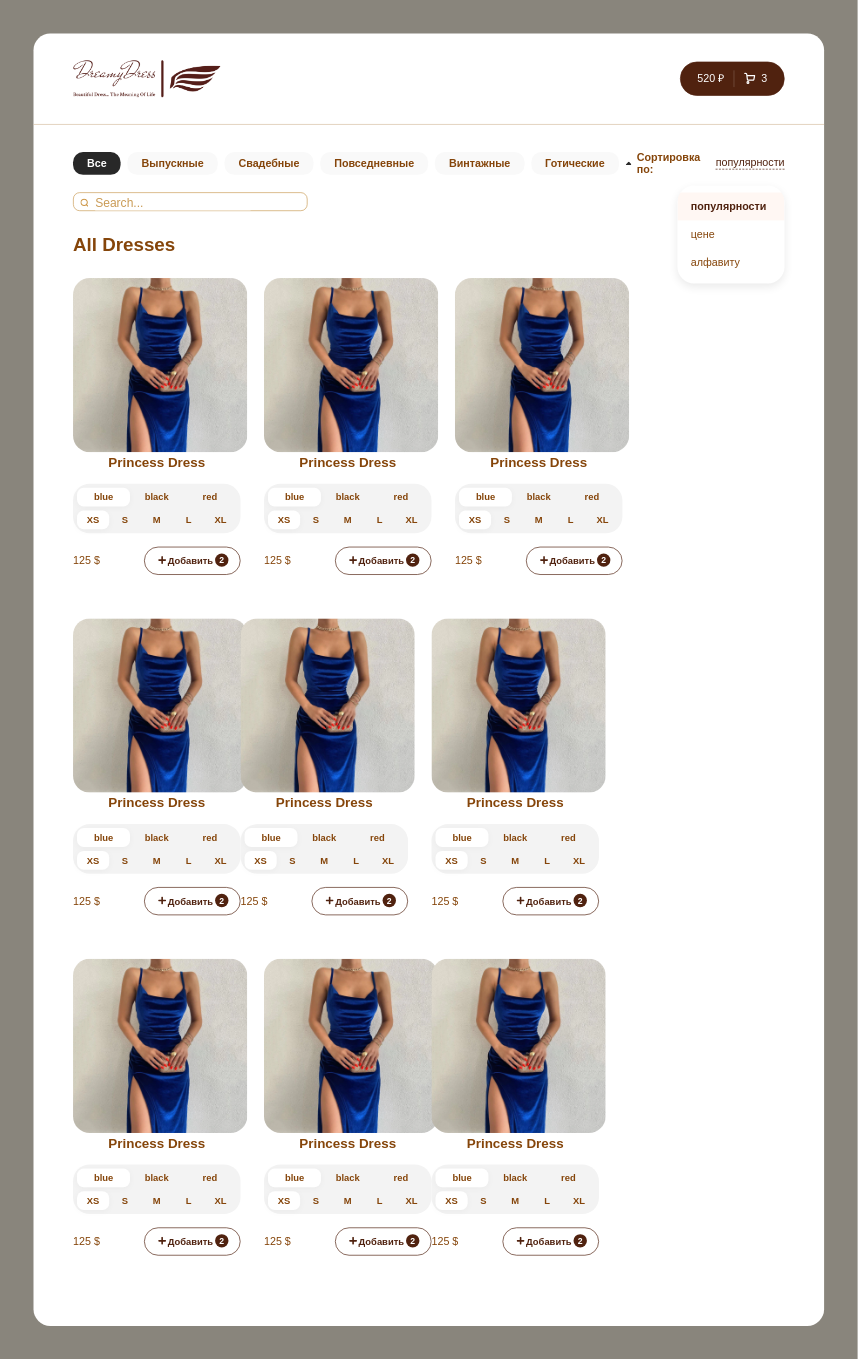
Repository: DisasterWoman/SPA-shop
Page: /
These files come from the project's save history. The page is drawn as it stood at one moment and after the next save; the edit follows.
The browser window is 1280 px wide. The pictures show the whole page, at 67% of full size.
Some web fonts or font styles are not loaded; a fallback is used. The project was rebuilt for these pictures with package versions that can differ from the ones it lists, and the page was loaded fresh each time.

Above is the page before, as saved 2022-11-29 18:15:12.

### src/App.js
import './scss/app.scss';
import Categories from './components/Categories/Categories';
import DressBlock from './components/DressBlock/DressBlock';
import Header from './components/Header/Header';
import Sort from './components/Sort/Sort';
import SearchBar from './components/SearchBar/SearchBar';

function App() {
  return (
    <div className="wrapper">
      <Header />
      <div className="content">
        <div className="container">
          <div className="content__top">
            <Categories />
            <Sort />
          </div>
          <SearchBar />
          <h2 className="content__title">All Dresses</h2>
          <div className="content__items">
            <DressBlock />
            <DressBlock />
            <DressBlock />
            <DressBlock />
            <DressBlock />
            <DressBlock />
            <DressBlock />
            <DressBlock />
            <DressBlock />
          </div>
        </div>
      </div>
    </div>
  );
}

export default App;

### src/scss/app.scss
@import 'variables.scss';
@import './libs/normalize.scss';
@import './all';

body {
  background-color: $background;
}

.wrapper {
  width: calc(100vw - 100px);
  height: 100%;
  background-color: #fff;
  margin: 50px auto;
  border-radius: 25px;
  max-width: 1400px;
}

.content {
  padding: 40px 0;

  &__title {
    margin: 35px 0;
  }

  &__items {
    display: flex;
    flex-wrap: wrap;
    margin-right: 5px;
    margin-right: 5px;
    //justify-content: space-between;
  }

  &__top {
    display: flex;
    align-items: center;
    justify-content: space-between;
  }
}

.container {
  width: $container-width;
  margin: 0 auto;

  &--cart {
    max-width: 820px;
    margin: 90px auto;
    .content__title {
      margin: 0;
    }
  }
}

.cart {
  &__top {
    display: flex;
    justify-content: space-between;
    align-items: center;
  }

  .content__title {
    display: flex;
    align-items: center;
    font-size: 32px;

    svg {
      position: relative;
      top: -2px;
      width: 30px;
      height: 30px;
      margin-right: 10px;
      path {
        stroke: $black;
        strokewidth: 1.9;
      }
    }
  }

  &__clear {
    display: flex;
    align-items: center;
    cursor: pointer;
    @include noselect();

    span {
      display: inline-block;
      margin-left: 7px;
      color: #b6b6b6;
      font-size: 18px;
    }

    span,
    svg,
    path {
      transition: all $duration ease-in-out;
    }

    &:hover {
      svg {
        path {
          stroke: darken($color: #b6b6b6, $amount: 50);
        }
      }
      span {
        color: darken($color: #b6b6b6, $amount: 50);
      }
    }
  }

  &__item {
    display: flex;
    width: 100%;
    border-top: 1px solid $gray-line;
    padding-top: 30px;
    margin-top: 30px;

    &-img {
      display: flex;
      align-items: center;
      margin-right: 15px;
      width: 10%;

      img {
        width: 80px;
        height: 80px;
      }
    }

    &-info {
      display: flex;
      flex-direction: column;
      justify-content: center;
      width: 40%;

      h3 {
        font-weight: bold;
        font-size: 22px;
        line-height: 27px;
        letter-spacing: 0.01em;
      }

      p {
        font-size: 18px;
        color: #8d8d8d;
      }
    }

    &-count {
      display: flex;
      align-items: center;
      justify-content: space-between;
      width: 13%;

      &-minus {
        svg {
          path:first-of-type {
            display: none;
          }
        }
      }

      b {
        font-size: 22px;
      }
    }

    &-price {
      display: flex;
      align-items: center;
      justify-content: center;
      width: 33%;

      b {
        font-weight: bold;
        font-size: 22px;
        letter-spacing: 0.01em;
      }
    }

    &-remove {
      display: flex;
      align-items: center;
      justify-content: flex-end;
      width: 4%;

      .button {
        border-color: darken($color: $gray-line, $amount: 10);
      }

      svg {
        transform: rotate(45deg);

        path {
          fill: darken($color: $gray-line, $amount: 15);
        }
      }

      .button {
        svg {
          width: 11.5px;
          height: 11.5px;
          position: relative;
        }
        &:hover,
        &:active {
          border-color: darken($color: $gray-line, $amount: 80);
          background-color: darken($color: $gray-line, $amount: 80);
        }
      }
    }
  }

  &__bottom {
    margin: 50px 0;

    &-details {
      display: flex;
      justify-content: space-between;

      span {
        font-size: 22px;

        &:last-of-type {
          b {
            color: $brown;
          }
        }
      }
    }

    &-buttons {
      display: flex;
      justify-content: space-between;
      margin-top: 40px;

      .go-back-btn {
        display: flex;
        align-items: center;
        justify-content: center;
        width: 210px;

        border-color: darken($color: $gray-line, $amount: 10);

        span {
          color: darken($color: $gray-line, $amount: 20);
          font-weight: 500;
          font-weight: 600;
        }

        &:hover {
          background-color: darken($color: $gray-line, $amount: 90);
          border-color: darken($color: $gray-line, $amount: 90);

          span {
            color: $gray-line;
          }
        }

        svg {
          margin-right: 12px;
          path {
            fill: transparent;
            strokewidth: 2;
          }
        }
      }

      .pay-btn {
        font-size: 16px;
        font-weight: 600;
        width: 210px;
        padding: 16px;
      }
    }
  }

  &--empty {
    margin: 0 auto;
    width: 560px;
    text-align: center;

    h2 {
      font-size: 32px;
      margin-bottom: 10px;
    }

    p {
      font-size: 18px;
      line-height: 145.4%;
      letter-spacing: 0.01em;
      color: #777777;
    }

    icon {
      position: relative;
      top: 2px;
    }

    img {
      display: block;
      width: 300px;
      margin: 45px auto 60px;
    }

    .button--black {
      padding: 12px 0 14px;
      width: 230px;
      margin: 0 auto;
      font-weight: 600;
      font-size: 18px;
    }
  }
}

### src/components/Categories/Categories.jsx
import React from 'react';

function Categories() {
  return (
    <div className="categories">
      <ul>
        <li className="active">Все</li>
        <li>Выпускные</li>
        <li>Свадебные</li>
        <li>Повседневные</li>
        <li>Винтажные</li>
        <li>Готические</li>
      </ul>
    </div>
  );
}

export default Categories;

### src/components/DressBlock/DressBlock.jsx
import React from 'react';
import { Button } from '../Button/Button';
import './_dress-block.scss';

function DressBlock() {
  return (
    <div className="dress-block">
      <img className="dress-block__image" src="/images/dresses/dress0-blue.webp" alt="Dress" />
      <h4 className="dress-block__title">Princess Dress</h4>
      <div className="dress-block__selector">
        <ul>
          <li className="active">blue</li>
          <li>black</li>
          <li>red</li>
        </ul>
        <ul>
          <li className="active">XS</li>
          <li>S</li>
          <li>M</li>
          <li>L</li>
          <li>XL</li>
        </ul>
      </div>
      <div className="dress-block__bottom">
        <div className="dress-blockk__price">125 $</div>
        <Button/>
      </div>
    </div>
  );
}

export default DressBlock;

### src/components/Header/Header.jsx
import React from 'react';
import './_header.scss';
function Header() {
  return (
    <div className="header">
      <div className="container">
        <div className="header__logo">
          <img width="220" src="/dreamy-dress.png" alt="logo" />
          <div></div>
        </div>
        <div className="header__cart">
          <a href="/cart.html" className="button button--cart">
            <span>520 ₽</span>
            <div className="button__delimiter"></div>
            <svg
              width="18"
              height="18"
              viewBox="0 0 18 18"
              fill="none"
              xmlns="http://www.w3.org/2000/svg"
            >
              <path
                d="M6.33333 16.3333C7.06971 16.3333 7.66667 15.7364 7.66667 15C7.66667 14.2636 7.06971 13.6667 6.33333 13.6667C5.59695 13.6667 5 14.2636 5 15C5 15.7364 5.59695 16.3333 6.33333 16.3333Z"
                stroke="white"
                strokeWidth="1.8"
                strokeLinecap="round"
                strokeLinejoin="round"
              />
              <path stroke="white" strokeWidth="1.8" strokeLinecap="round" strokeLinejoin="round" />
              <path
                d="M4.78002 4.99999H16.3334L15.2134 10.5933C15.1524 10.9003 14.9854 11.176 14.7417 11.3722C14.4979 11.5684 14.1929 11.6727 13.88 11.6667H6.83335C6.50781 11.6694 6.1925 11.553 5.94689 11.3393C5.70128 11.1256 5.54233 10.8295 5.50002 10.5067L4.48669 2.82666C4.44466 2.50615 4.28764 2.21182 4.04482 1.99844C3.80201 1.78505 3.48994 1.66715 3.16669 1.66666H1.66669"
                stroke="white"
                strokeWidth="1.8"
                strokeLinecap="round"
                strokeLinejoin="round"
              />
            </svg>
            <span>3</span>
          </a>
        </div>
      </div>
    </div>
  );
}

export default Header;

### src/components/Sort/Sort.jsx
import React from 'react';
import './_sort.scss';

function Sort() {
  return (
    <div className="sort">
      <div className="sort__label">
        <svg
          width="10"
          height="6"
          viewBox="0 0 10 6"
          fill="none"
          xmlns="http://www.w3.org/2000/svg"
        >
          <path
            d="M10 5C10 5.16927 9.93815 5.31576 9.81445 5.43945C9.69075 5.56315 9.54427 5.625 9.375 5.625H0.625C0.455729 5.625 0.309245 5.56315 0.185547 5.43945C0.061849 5.31576 0 5.16927 0 5C0 4.83073 0.061849 4.68424 0.185547 4.56055L4.56055 0.185547C4.68424 0.061849 4.83073 0 5 0C5.16927 0 5.31576 0.061849 5.43945 0.185547L9.81445 4.56055C9.93815 4.68424 10 4.83073 10 5Z"
            fill="#2C2C2C"
          />
        </svg>
        <b>Сортировка по:</b>
        <span>популярности</span>
      </div>
      <div className="sort__popup">
        <ul>
          <li className="active">популярности</li>
          <li>цене</li>
          <li>алфавиту</li>
        </ul>
      </div>
    </div>
  );
}

export default Sort;

### src/components/SearchBar/SearchBar.jsx
import React, {useState}  from 'react'
import './_searchBar.scss';
function SearchBar() {
  return (
    <div className="search-bar">
      <img
        className="search-bar__icon"
        alt="search"
        src="images/icons/search.svg"
        width={12}
        height={13}
      ></img>
      <input
        placeholder="Search..."
      ></input>
    </div>
  );
}

export default SearchBar

### src/scss/_variables.scss
$black: #85450a;
$background: #89857c;
$gray-line: #d5bda1;
$brown: #50220f;

$container-width: 90%;

$duration: 0.15s;

### src/scss/libs/_normalize.scss
@import url('https://fonts.googleapis.com/css2?family=Anek+Devanagari&display=swap');

*{
  padding: 0;
  margin: 0;
  list-style: none;
  outline: none;
  font-family: 'Anek Devanagari', sans-serif;
  box-sizing: border-box;
}

html {
  -ms-text-size-adjust: 100%;
  -webkit-text-size-adjust: 100%;
}

body {
  -moz-osx-font-smoothing: grayscale;
  -webkit-font-smoothing: antialiased;
  color: $black;
}

a,
span,
p,
b,
h1,
h2,
h3,
h4,
h5 {
  color: $black;
}

h1 {
  font-size: 48px;
}

h2 {
  font-weight: 600;
  font-size: 28px;
  line-height: 30px;
}

a {
  text-decoration: none;
}

@mixin noselect {
  -webkit-touch-callout: none; /* iOS Safari */
  -webkit-user-select: none; /* Safari */
  -khtml-user-select: none; /* Konqueror HTML */
  -moz-user-select: none; /* Old versions of Firefox */
  -ms-user-select: none; /* Internet Explorer/Edge */
  user-select: none; /* Non-prefixed version, currently
                                  supported by Chrome, Opera and Firefox */
}

### src/scss/_all.scss
@import '../components/Header/Header';
@import '../components/Button/button';
@import '../components/Categories/Categories';
@import '../components/Sort/Sort';
@import '../components/DressBlock/dress-block';

### src/components/Header/_header.scss
@import '../../../src/scss/variables';

.header {
  border-bottom: 1px solid $gray-line;
  padding: 40px 0;

  .container {
    display: flex;
    align-items: center;
    justify-content: space-between;
  }

  &__logo {
    display: flex;

    img {
      margin-right: 15px;
    }

    h1 {
      color: #181818;
      font-size: 24px;
      letter-spacing: 1%;
      text-transform: uppercase;
      font-weight: 800;
    }

    p {
      color: #7b7b7b;
    }
  }
}

### src/components/Button/_button.scss
@import '../../../src/scss/variables';

.button {
  display: inline-block;
  background-color: $brown;
  border-radius: 25px;
  padding: 10px 20px;
  min-width: 100px;
  text-align: center;
  cursor: pointer;
  transition: background-color $duration ease-in-out, border-color $duration ease-in-out;
  border: 1px solid transparent;

  &,
  span {
    color: #fff;
  }

  i,
  span,
  path,
  svg {
    transition: all $duration ease-in-out;
  }

  &:hover {
    background-color: darken($brown, 8%);
  }

  &:active {
    background-color: darken($brown, 12%);
    transform: translateY(1px);
  }

  &--circle {
    display: flex;
    align-items: center;
    justify-content: center;
    width: 30px;
    height: 30px;
    min-width: 30px;
    padding: 0;
    border-width: 2px;
  }

  &--black {
    background-color: $black;

    &:hover,
    &:active {
      background-color: lighten($color: $black, $amount: 10);
    }
  }

  &--outline {
    background-color: #fff;
    border-color: $brown;
    &,
    span {
      color: $brown;
    }

    svg {
      path {
        fill: $brown;
      }
    }

    &:hover {
      background-color: $brown;

      &,
      span {
        color: #fff;
      }

      svg {
        path {
          fill: #fff;
        }
      }
    }

    &:active {
      background-color: darken($brown, 8%);
    }
  }

  &__delimiter {
    width: 1px;
    height: 25px;
    background-color: rgba(255, 255, 255, 0.25);
    margin-left: 14px;
    margin-right: 14px;
  }

  &--add {
    svg {
      margin-right: 2px;
    }

    span {
      font-weight: 600;
      font-size: 14px;
    }

    &:hover {
      i {
        background-color: #fff;
        color: $brown;
      }
    }

    i {
      display: inline-block;
      border-radius: 30px;
      background-color: $brown;
      color: #fff;
      font-weight: 600;
      width: 20px;
      height: 20px;
      font-style: normal;
      font-size: 13px;
      line-height: 22px;
      position: relative;
      top: -1px;
      left: 3px;
    }
  }

  &--cart {
    display: flex;
    align-items: center;
    line-height: 23px;
    padding: 12px 25px;
    border-color: $brown;

    svg {
      margin-right: 8px;
      margin-bottom: 1px;
    }

    span {
      font-weight: 500;
      font-size: 16px;
    }
  }
}

### src/components/Categories/_categories.scss
@import '../../../src/scss/variables';

.categories {
  ul {
    display: flex;

    li {
      background-color: #f9f9f9;
      padding: 8px 21px;
      border-radius: 15px;
      margin-right: 10px;
      font-weight: bold;
      cursor: pointer;
      transition: background-color 0.1s ease-in-out;
      @include noselect();

      &:hover {
        background-color: darken(#f9f9f9, 2%);
      }

      &:active {
        background-color: darken(#f9f9f9, 5%);
      }

      &.active {
        background-color: #282828;
        color: #fff;
      }
    }
  }
}

### src/components/Sort/_sort.scss
@import '../../../src/scss/variables';

.sort {
  position: relative;
  &__label {
    display: flex;
    align-items: center;

    svg {
      margin-right: 8px;
    }

    b {
      margin-right: 8px;
    }

    span {
      color: $brown;
      border-bottom: 1px dashed $brown;
      cursor: pointer;
    }
  }

  &__popup {
    position: absolute;
    right: 0;
    margin-top: 15px;
    background: #ffffff;
    box-shadow: 0px 5px 15px rgba(0, 0, 0, 0.09);
    border-radius: 25px;
    overflow: hidden;
    padding: 10px 0;
    width: 160px;

    ul {
      overflow: hidden;
      li {
        padding: 12px 20px;
        cursor: pointer;

        &.active,
        &:hover {
          background: rgba(254, 95, 30, 0.05);
        }

        &.active {
          font-weight: bold;
          color: $brown;
        }
      }
    }
  }
}

### src/components/DressBlock/_dress-block.scss
@import '../../../src/scss/variables';

.dress-block {
  width: 250px;
  text-align: center;
  margin-bottom: 65px;

  &:not(:nth-of-type(4n)) {
    margin-right: 35px;
  }

  &__image {
    border-radius: 25px;
    width: 260px;
  }

  &__title {
    font-size: 20px;
    font-weight: 900;
    letter-spacing: 1%;
    margin-bottom: 20px;
  }

  &__selector {
    display: flex;
    background-color: #f3f3f3;
    border-radius: 25px;
    flex-direction: column;
    padding: 6px;

    ul {
      display: flex;
      flex: 1;

      &:first-of-type {
        margin-bottom: 6px;
      }

      li {
        padding: 6px;
        flex: 1;
        cursor: pointer;
        font-weight: 600;
        font-size: 14px;
        &.active {
          background: #ffffff;
          box-shadow: 0px 2px 11px rgba(0, 0, 0, 0.04);
          border-radius: 10px;
          cursor: auto;
        }
      }
    }
  }

  &__bottom {
    display: flex;
    align-items: center;
    justify-content: space-between;
    margin-top: 20px;
  }

  &__price {
    font-weight: bold;
    font-size: 22px;
    line-height: 27px;
    letter-spacing: 0.015em;
  }
}

### src/components/Button/Button.jsx
export const Button = () => {
    return (
      <div className="button button--outline button--add">
        <svg
          width="12"
          height="12"
          viewBox="0 0 12 12"
          fill="none"
          xmlns="http://www.w3.org/2000/svg"
        >
          <path
            d="M10.8 4.8H7.2V1.2C7.2 0.5373 6.6627 0 6 0C5.3373 0 4.8 0.5373 4.8 1.2V4.8H1.2C0.5373 4.8 0 5.3373 0 6C0 6.6627 0.5373 7.2 1.2 7.2H4.8V10.8C4.8 11.4627 5.3373 12 6 12C6.6627 12 7.2 11.4627 7.2 10.8V7.2H10.8C11.4627 7.2 12 6.6627 12 6C12 5.3373 11.4627 4.8 10.8 4.8Z"
            fill="white"
          />
        </svg>
        <span>Добавить</span>
        <i>2</i>
      </div>
    );
}

### src/components/SearchBar/_searchBar.scss
@import '../../../src/scss/variables';

.search-bar{
   width: 350px;
  margin-top: 25px;
  border: 1px solid #CA9B55;
  border-radius: 10px;
  padding: 0 10px;
  position: relative;
  &__icon{
    margin-right: 10px;
    margin-top: 8px;
  }
  input{
    font-size: 18px;
    outline-offset: 0;
    outline: none;
    border: none;
    color: #7e4e05;
  }
     ::placeholder {
      color: #CA9B55;
      opacity: 1;
    }

}

Loaded but not shown: public/index.html (common file); src/index.js (common file)

After the next save:
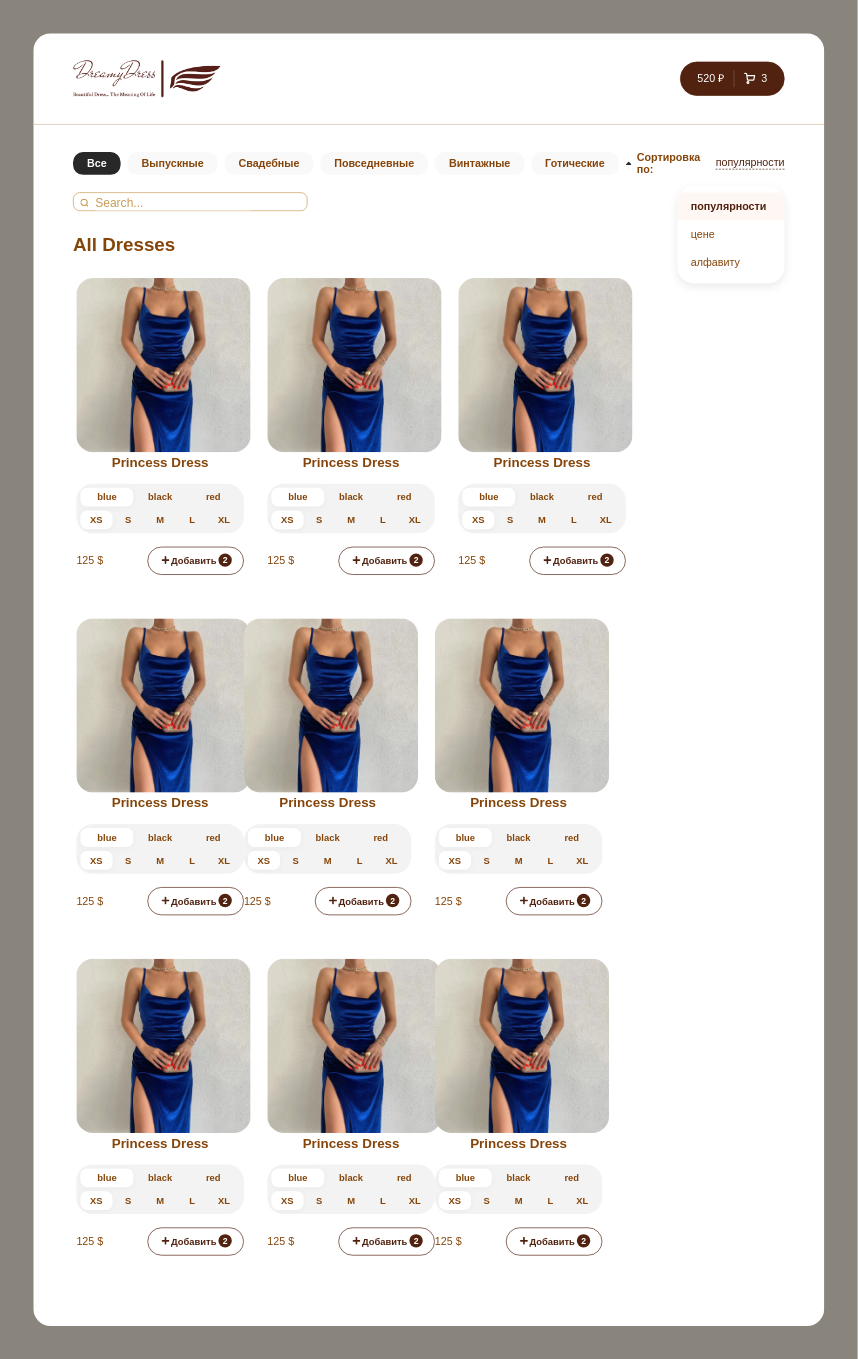
Saved 6 s later.
--- a/src/scss/app.scss
+++ b/src/scss/app.scss
@@ -26,7 +26,7 @@
     display: flex;
     flex-wrap: wrap;
     margin-right: 5px;
-    margin-right: 5px;
+    margin-left: 5px;
     //justify-content: space-between;
   }
 

After the 4 saves that followed:
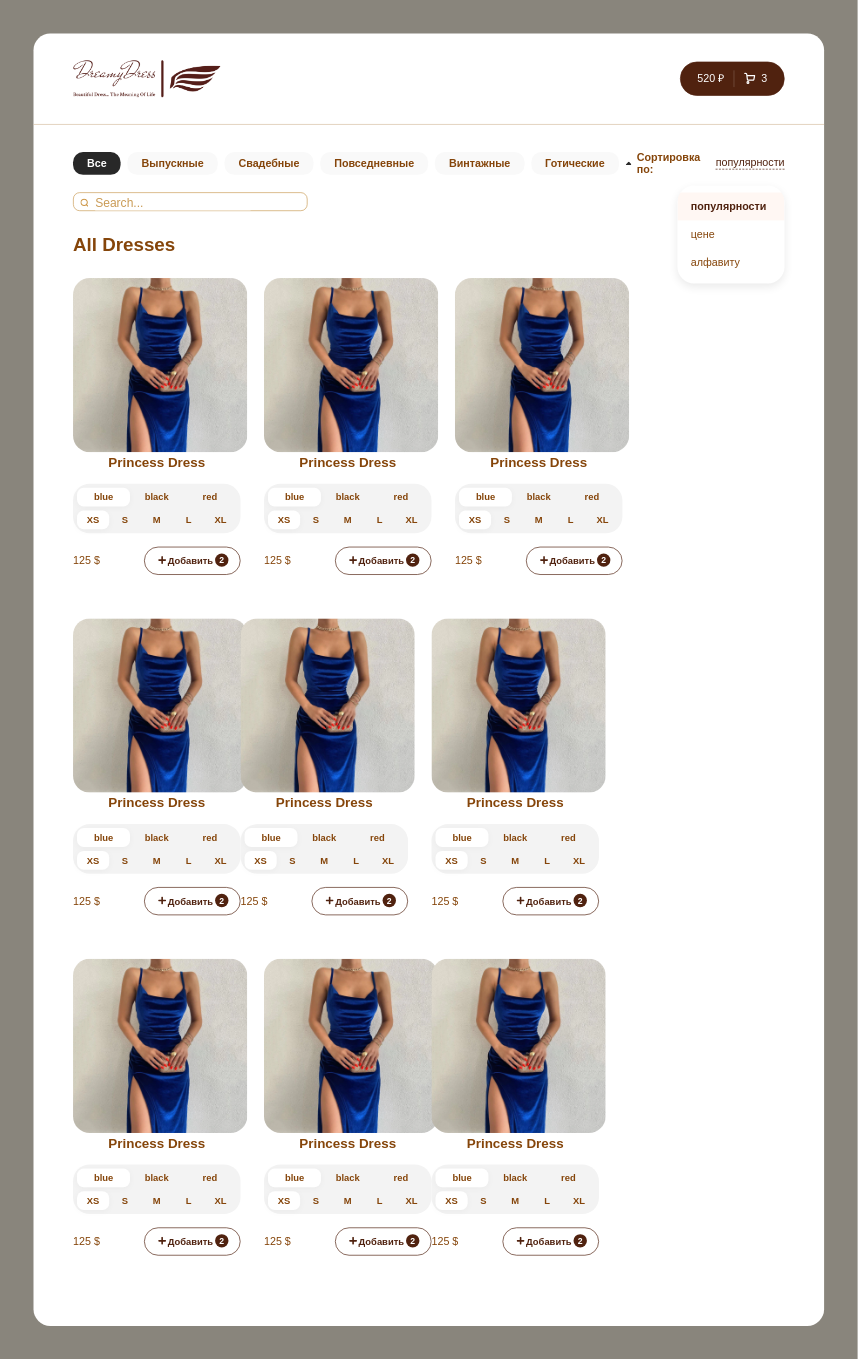
The 4 saves are shown as one change because 2 left the picture as it was and some came seconds apart.
The last was saved 66 s later.
--- a/src/scss/app.scss
+++ b/src/scss/app.scss
@@ -25,8 +25,6 @@
   &__items {
     display: flex;
     flex-wrap: wrap;
-    margin-right: 5px;
-    margin-left: 5px;
     //justify-content: space-between;
   }
 
